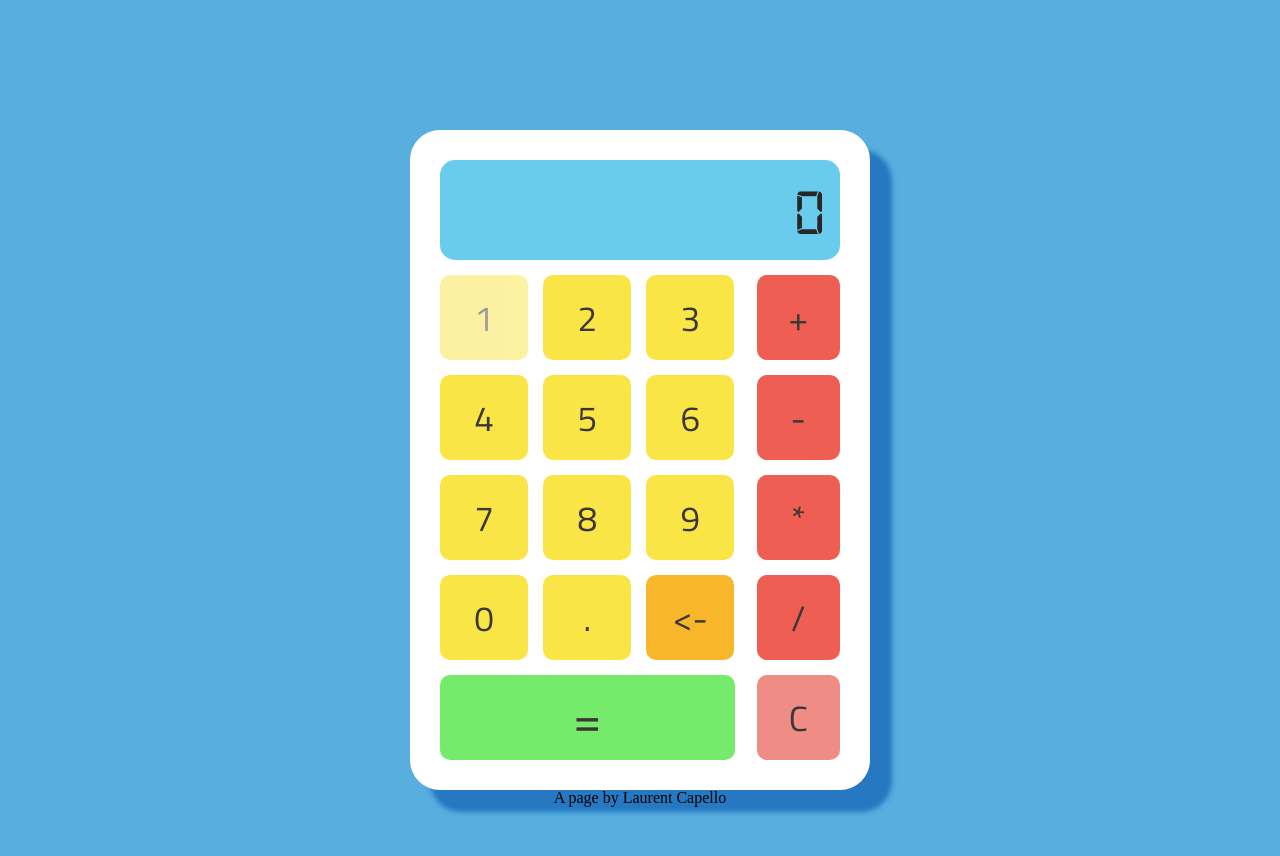
Repository: sokafootball/js-calculator
Page: index.html
An editor plug-in stored every save of this project. The page is shown before and after the next save, followed by the edit.
The browser window is 1280 px wide. The pictures show the whole page.
The pointer rests on the first visible `.button`.

Above is the page before, as saved 2020-05-07 19:16:52.

### index.html
<html>
<head>
  <title>Javascript Calculator - By Laurent Capello</title>
  <link rel="stylesheet" type="text/css" href="reset.css">
  <link rel="stylesheet" type="text/css" href="style.css">
  <!--<link rel="stylesheet" type="text/css" href="wireframe.css">-->
  <link href="https://fonts.googleapis.com/css2?family=Barlow:wght@300&display=swap" rel="stylesheet">
  <link href="https://fonts.googleapis.com/css2?family=Titillium+Web&display=swap" rel="stylesheet">
</head>
<body>
<main id="main">
  <div id="calculator">
    <p id="display">0</p>
    <div id="numpad">
      <button class="button num-button">1</button>
      <button class="button num-button">2</button>
      <button class="button num-button">3</button>
      <button class="button num-button">4</button>
      <button class="button num-button">5</button>
      <button class="button num-button">6</button>
      <button class="button num-button">7</button>
      <button class="button num-button">8</button>
      <button class="button num-button">9</button>
      <button class="button num-button">0</button>
      <button id="decimal-button" class="button">.</button>
      <button id="backspace" class="button"><-</button>
    </div>
    <button id="equal-button" class="button">=</button>
    <div id="operators">
      <button class="button operation-button">+</button>
      <button class="button operation-button">-</button>
      <button class="button operation-button">*</button>
      <button class="button operation-button">/</button>
    </div>
    <button id="clear-button" class="button">C</button>
  </div>
</main>
<footer id="footer">
  <p>A page by <span id="signature">Laurent Capello</span></p>
</footer>
<div id="hidden-element" class="display-full" style="display: none"></div>
<script type="text/javascript" src="script.js"></script>
</body>
</html>

### style.css
@font-face {
  font-family: "calcFont";
  src: url("./fonts/digital-7/digital-7.ttf");
  }

:root {
  --row-gap: 15px;
}

body{
  align-items: center;
  background-color: hsl(202, 68%, 61%);
  display: flex;
  flex-direction: column;
  justify-content: space-between;
}

button{
  color: #3c3737;
  font-family: 'Titillium Web', sans-serif;
  font-size: 35px;
}

.display-full{
  animation-name: display-full;
  animation-duration: 0.3s;
}

#backspace{
  background-color: hsl(41, 94%, 57%);
}

#calculator{
  background-color: white;
  border-radius: 30px;
  box-shadow: 21px 21px 5px 1px hsl(208, 68%, 45%);
  display: grid;
  gap: var(--row-gap) 22px;
  grid-template-areas:
    "display display display display"
    "numpad numpad numpad operators"
    "numpad numpad numpad operators"
    "numpad numpad numpad operators"
    "numpad numpad numpad operators"
    "equal equal equal backspace";
  grid-template-columns: repeat(4, 1fr);
  grid-template-rows: 100px repeat(5, 1fr); /*first row is fixed to stop the border animation from taking space from other rows*/
  height: 600px;
  margin-top: 130px;
  padding: 30px;
  width: 400px;
}

#calculator button{
  border-radius: 10px;
  border-width: 0px;
  outline: none;
}

#calc-top{
  margin-bottom: 40px;
}

#clear-button{
  background-color: hsl(4, 77%, 73%);

}

#display{
  background-color: hsl(195, 78%, 67%);
  border-radius: 15px;
  border-width: 0px;
  color: #272727;
  font-family: 'calcFont', sans-serif;
  font-size: 65px;
  grid-area: display;
  line-height: 90px;
  padding-right: 15px;
  text-align: right;
  vertical-align: middle;
}

#equal-button{
  background-color: hsl(115, 76%, 67%);
  font-size: 50px;
  grid-area: equal;
}

#footer{
  margin-bottom: 50px;
}

#numpad{
  display: grid;
  gap: var(--row-gap);
  grid-area: numpad;
  grid-template-columns: repeat(3, 1fr);
  grid-template-rows: repeat(4, 1fr);
}

.num-button, #decimal-button{
  background-color: hsl(53, 95%, 63%);
}

#operators{
  display: grid;
  gap: var(--row-gap);
  grid-template-rows: repeat(4, 1fr);
  grid-area: operators;
}

#operators button{
  background-color: hsl(4, 82%, 63%);
  flex-grow: 1;
}

.button:hover {
  opacity: 50%;

@keyframes display-full{
  0% {border: 1px solid black;}
  50% {
    border: 2px solid red;
    box-shadow: 0px 0px 6px 1px red;
    line-height: 86px;
    padding-right: 13px;
  }
  100% {border: 1px solid black;}
}

### script.js
/*
CODE BY LAURENT CAPELLO
*/

//#region STARTUP
const MAX_DISPLAY_LENGTH = 11
const MAX_DECIMALS = 3
const EXPONENTIAL_NOTATION_DIGITS = MAX_DISPLAY_LENGTH - 4 //4 digits are reserved for the exponential notation and the dot
let display = document.querySelector(`#display`)
let overwriteIsOn = true
let operation = null, operand1 = null, operand2 = null

addFunctionsToBtns()

function addFunctionsToBtns(){
	let numButtons = document.querySelectorAll(`.num-button`)
	numButtons = Array.from(numButtons)
	numButtons.forEach(button => {
		button.addEventListener(`click`, () => pressNumBtn(button.innerText))
	});

	let opButtons = document.querySelectorAll(`.operation-button`)
	opButtons = Array.from(opButtons)
	opButtons.forEach(button => {
		button.addEventListener(`click`, () => pressOperationBtn(button.innerText))
	});

	let equalButton = document.querySelector(`#equal-button`)
	equalButton.addEventListener(`click`, pressEqualBtn)

	let clearButton = document.querySelector(`#clear-button`)
	clearButton.addEventListener(`click`, pressClearBtn)

	let bckSpaceBtn = document.querySelector(`#backspace`)
	bckSpaceBtn.addEventListener(`click`, pressBackspaceBtn)

	let decimalBtn = document.querySelector(`#decimal-button`)
	decimalBtn.addEventListener(`click`, pressDecimalBtn)

	document.onkeydown = (e) => filterKeyPress(e)
}

function filterKeyPress(e){
	console.log(`key pressed`)
	if (e.which <= 105 && e.which >= 96){
		pressNumBtn(Number(e.key))
	} else if (e.which == 106 || e.which == 107 || e.which == 109 || e.which == 111) {
		pressOperationBtn(e.key)
	} else if (e.which == 13){
		pressEqualBtn()
	} else if (e.which == 110){
		pressDecimalBtn()
	} else if (e.which == 8){
		pressBackspaceBtn()
	}
}
//#endregion

//#region SUPPORT FUNCTIONS
function clear(){
	display.innerText = `0`
	operation = null
	operand1 = null
	operand2 = null
	overwriteIsOn = true
}

function displayNumber(num){
	if(num == 0 && display.innerText == `0`) return
  if(overwriteIsOn){
		if(num == `.`){
			display.innerText += num
		}else{
			display.innerText = num
		}
		overwriteIsOn = false
	}else{
		if(display.innerText.length >= MAX_DISPLAY_LENGTH){
			animateDisplay()
			return
		}
		display.innerText += num
	}
}

function displayResult(){
	operand1 = operate(operation, operand1, operand2)
	operand2 = null
	display.innerText = truncateIntegers(operand1)

}

function saveNumber(){
	if(operation == null)
		operand1 =  Number(display.innerText)
	else operand2 =  Number(display.innerText)
}

function saveOperation(operationSign){
	operation = operationSign
	overwriteIsOn = true
}

function truncateDecimals(num){
	if((num % 1).toString().length > MAX_DECIMALS) return Number(num).toFixed(MAX_DECIMALS)
	return num
}

function truncateIntegers(num){
	if(num.toString().length <= MAX_DISPLAY_LENGTH) return num
	return num.toExponential(EXPONENTIAL_NOTATION_DIGITS)
}
//#endregion

//#region BUTTONS FUNCTIONS
function pressBackspaceBtn(){
	if(display.innerText.length == 1){
		display.innerText = `0`
	}else{
		let displayArray = Array.from(display.innerText)
		displayArray.pop()
		display.innerText = displayArray.join(``)
	}
	saveNumber()
}

function pressDecimalBtn(){
	if (display.innerText.includes(`.`)) return
	displayNumber(`.`)
	saveNumber()
}

function pressClearBtn(){
	clear()
}

function pressEqualBtn(){
	if(operand1 != null && operand2 != null){
		displayResult()
		operation = null
		overwriteIsOn = true
		operand2 = null
	}else{
		operation = null
		overwriteIsOn = true
		operand2 = null
		display.innerText = operand1 == null ? `0` : operand1
	}
}

function pressNumBtn(num){
	displayNumber(Number(num))
	saveNumber()
}

function pressOperationBtn(operationSign){
	if (operation == null){
		saveOperation(operationSign)
	}else{
		if(operand1 != null && operand2 != null){
			displayResult()
		}
		saveOperation(operationSign)
	}
}
//#endregion

//#region MATH FUNCTIONS
function operate(operation, a, b){
	let result = null
	switch (operation){
		case `+`:
			operation = add
			break
		case `-`:
			operation = subtract
			break;
		case `*`:
			operation = multiply
			break
		case `/`:
			operation = divide
			break;
		default:
			console.log(`invalid operation`)
			return
	}
	result = Number(operation(a,b))
	result = truncateDecimals(result)
	result = truncateIntegers(result)
  return Number(result)
}

function add (...nums) {
	return nums.reduce((total, num) => {
		return total + num
	}, 0)
}

function subtract (...nums) {
	return nums.reduce((total, num) => {
		return total - num
	})
}

function sum (arr) {
	return add(...arr)
}

function divide (...nums){
	if (nums[1] == 0){
		console.log(`you can't divide by 0!`)
		clear()
		return 0
	}
	return nums.reduce((total, num) => total / num
	)
}

function multiply (...nums) {
	return nums.reduce((total, num) => {
		return total * num
	})
}
//#endregion

//#region DISPLAY ANIMATION FUNCTIONS
function convertDuration(durationString){
	let duration = Number(durationString.replace(`s`, ``))
	return duration * 1000
}

function animateDisplay(){
	let animDurationString = getComputedStyle(document.querySelector(`.display-full`)).animationDuration
	const ANIM_DURATION = convertDuration(animDurationString)
	display.classList.remove(`display-full`)
	display.classList.add(`display-full`)
	setTimeout(() => display.classList.remove(`display-full`), ANIM_DURATION);
}
//#endregion

Loaded but not shown: reset.css (common file)

After the next save:
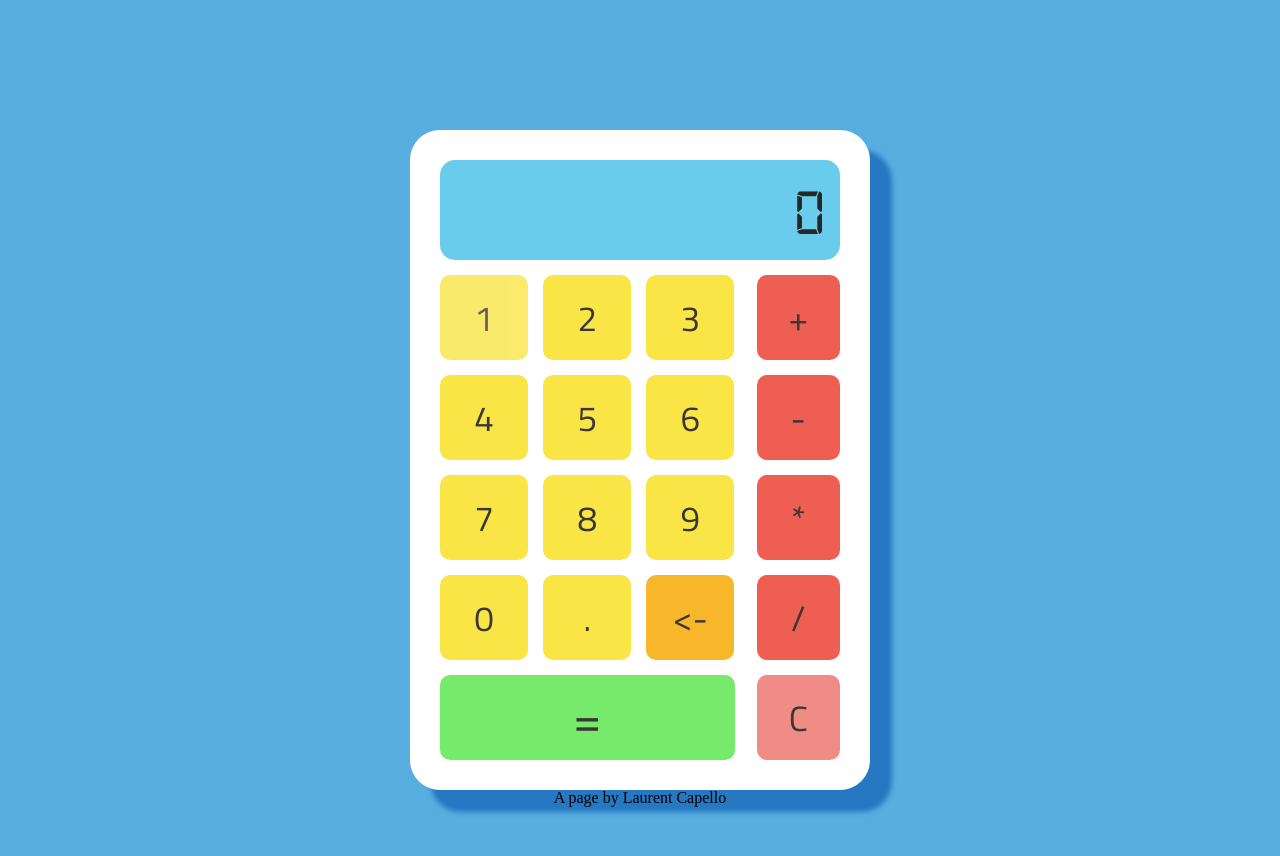
Saved 13 s later.
--- a/style.css
+++ b/style.css
@@ -115,7 +115,7 @@ button{
 }
 
 .button:hover {
-  opacity: 50%;
+  opacity: 80%;
 
 @keyframes display-full{
   0% {border: 1px solid black;}
